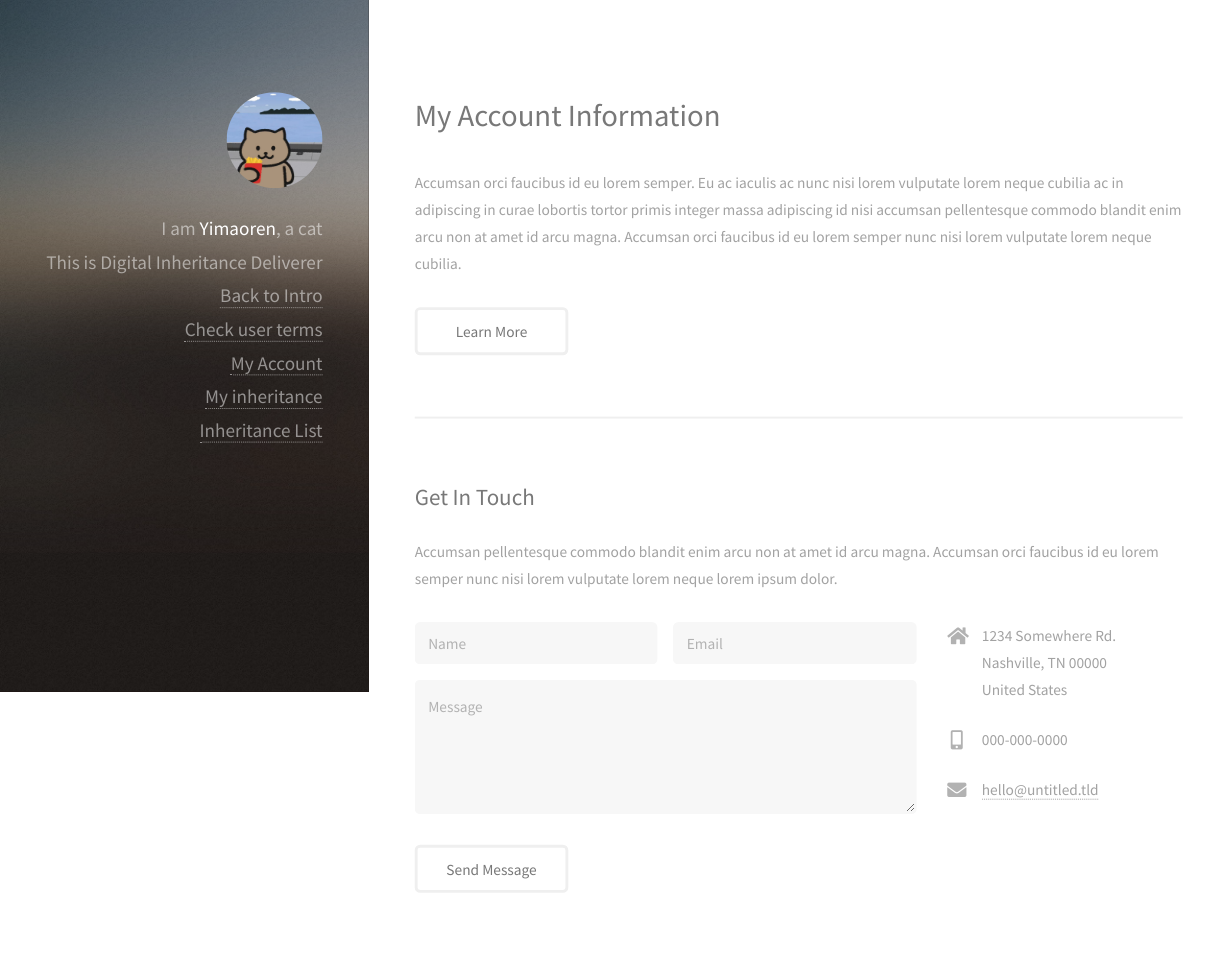
Repository: 1mocat/DID-blockchain-project
Page: Digital_I_D/app/src/myaccount.html
These files come from the project's save history. The page is drawn as it stood at one moment and after the next save; the edit follows.
The browser window is 1280 px wide. The pictures show the whole page, at 96% of full size.

Above is the page before, as saved 2023-10-01 23:14:59.

After the next save:
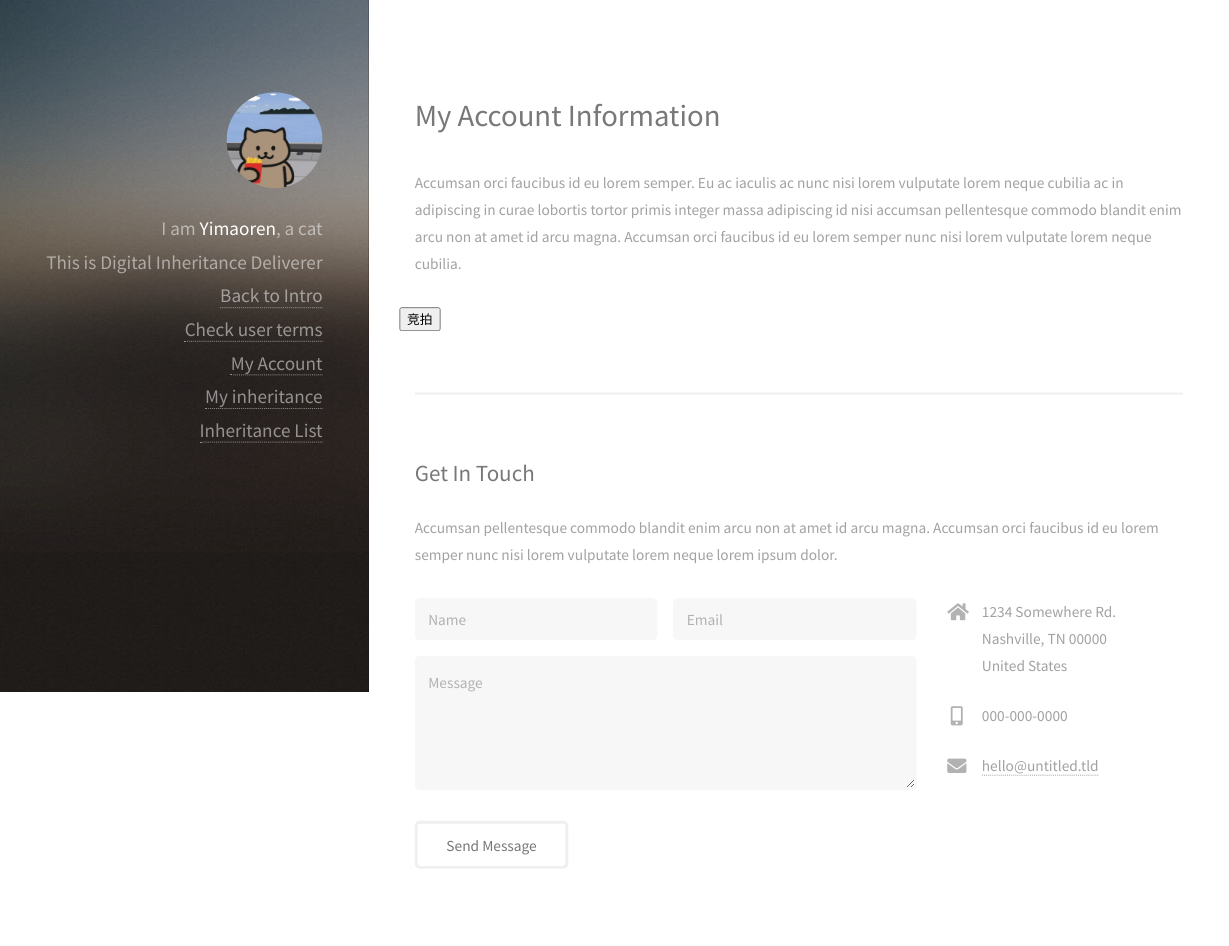
Saved 6 s later.
--- a/Digital_I_D/app/src/myaccount.html
+++ b/Digital_I_D/app/src/myaccount.html
@@ -36,7 +36,7 @@
 
 						<p>Accumsan orci faucibus id eu lorem semper. Eu ac iaculis ac nunc nisi lorem vulputate lorem neque cubilia ac in adipiscing in curae lobortis tortor primis integer massa adipiscing id nisi accumsan pellentesque commodo blandit enim arcu non at amet id arcu magna. Accumsan orci faucibus id eu lorem semper nunc nisi lorem vulputate lorem neque cubilia.</p>
 						<ul class="actions">
-							<li><a href="#" class="button">Learn More</a></li>
+							<button onclick="App.bidAuction()" class="btn btn-default">竞拍</button>
 						</ul>
 					</section>
 
